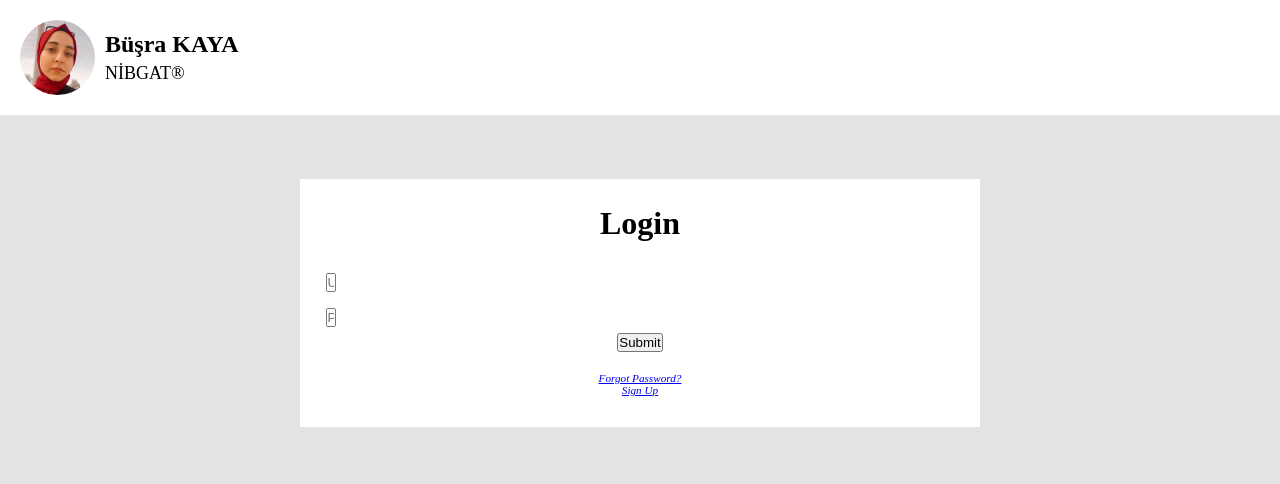
Repository: busra-kayaa/LoginPage
Page: login.html
An editor plug-in stored every save of this project. The page is shown before and after the next save, followed by the edit.
The browser window is 1280 px wide. The pictures show the whole page.

Above is the page before, as saved 2024-01-02 17:47:56.

After the next save:
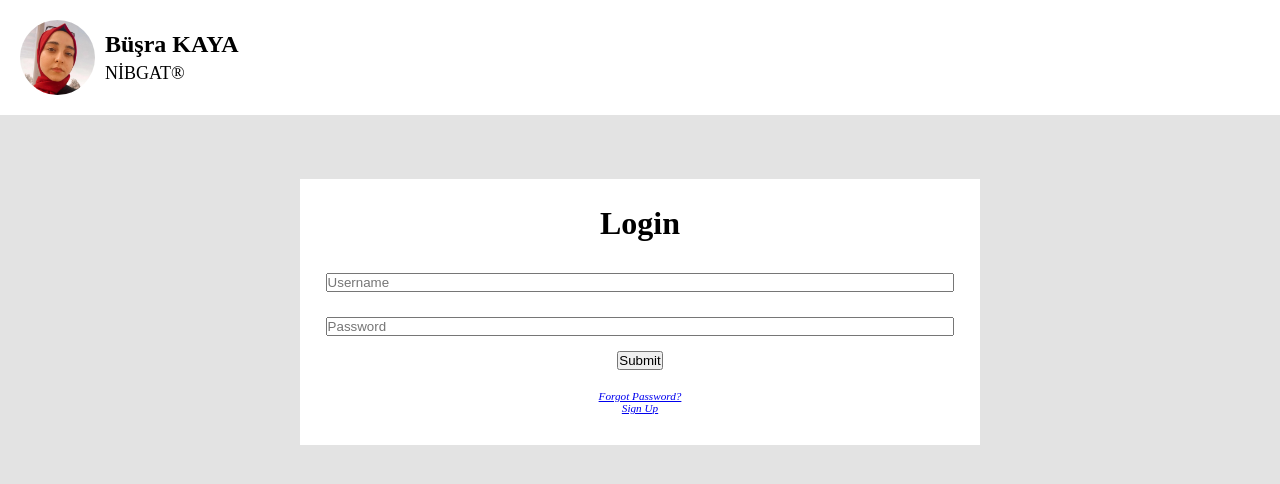
Saved 34 s later.
--- a/style.css
+++ b/style.css
@@ -68,18 +68,12 @@ body {
     display: flex;
     flex-direction: column;
     margin-bottom: 2%;
-    width: 10px;
-    height: 10px;
-
 }
 
 .input-group2 {
     display: flex;
     flex-direction: column;
     margin-top: 2%;
-    width: 10px;
-    height: 10px;
-
 }
 
 .button-group {
